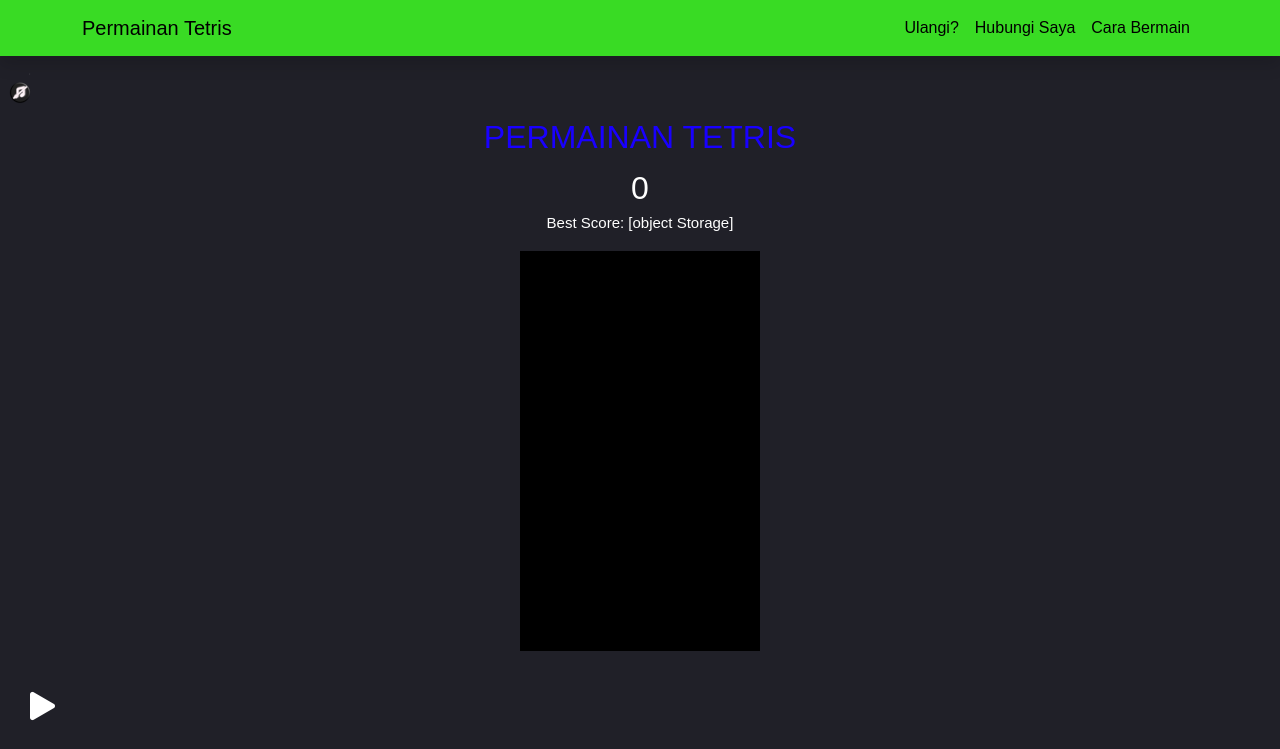
Repository: GwendiWisnuAnggoro/GwendiWisnuAnggoro.github.io
Page: Bahasa Indonesia/game/Tetris/tetris.html
The author's editor kept a copy of each file at every save. The page is drawn from the files as they stood at one save, then again after a run of saves.
The browser window is 1280 px wide. The pictures show the whole page.

Above is the page before, as saved 2023-02-07 19:45:40.
Console error: TypeError: Cannot read properties of null (reading 'forEach')

### Bahasa Indonesia/game/Tetris/tetris.html
<!DOCTYPE html>
<html lang="en">
<head>
    <meta charset="UTF-8">
    <link href="https://cdn.jsdelivr.net/npm/bootstrap@5.3.0-alpha1/dist/css/bootstrap.min.css" rel="stylesheet" integrity="sha384-GLhlTQ8iRABdZLl6O3oVMWSktQOp6b7In1Zl3/Jr59b6EGGoI1aFkw7cmDA6j6gD" crossorigin="anonymous">
    <link rel="stylesheet" href="https://cdn.jsdelivr.net/npm/bootstrap-icons@1.10.3/font/bootstrap-icons.css">
    <meta http-equiv="X-UA-Compatible" content="IE=edge">
    <meta name="viewport" content="width=device-width, initial-scale=1.0">
    <title>Permainan Tetris</title>
</head>
<body>
    <!-- akhir navbar -->
  <nav class="navbar navbar-expand-lg navbar-light shadow fixed-top" style="background-color: rgb(57, 219, 36);">
    <div class="container-sm">
      <span class="navbar-brand" href="#">Permainan Tetris</span>
      <button class="navbar-toggler" type="button" data-bs-toggle="collapse" data-bs-target="#navbarNav" aria-controls="navbarNav" aria-expanded="false" aria-label="Toggle navigation">
        <span class="navbar-toggler-icon"></span>
      </button>
      <div class="collapse navbar-collapse" id="navbarNav">
        <ul class="navbar-nav ms-auto">
          <li class="nav-item">
            <a class="nav-link active" aria-current="page" href="../Tetris/tetris.html">Ulangi?</a>
          </li>
          <li class="nav-item">
            <a class="nav-link active" href="../../../contact me/ContactMe.html">Hubungi Saya</a>
          </li>
          <li class="nav-item">
            <a class="nav-link active" href="../Tutorials/Tetris/TutorTetris.html">Cara Bermain</a>
            </li>
        </ul>
      </div>
    </div>
  </nav>
<!-- akhir navbar -->
<br>
<br>
<br>
     <!-- awal toogle music -->
     <button id="play"></button>
     <!-- akhir toogle music -->


    <center>
    <link rel="stylesheet" type="text/css" href="tetris.css">
    <div class="pembungkus">
    <h2>PERMAINAN TETRIS</h2>
    <section class="Kalah">
      <h3>Game Over!</h3>
     </section>
    <div id="score">0</div>
    <div class="bestscore">
      <p>Best Score: <span id="Best_Score">0</span></p>
    </div>
    <canvas id="tetris" width="240" height="400"></canvas>
</div>
</center>


<div class="bungkus">
  <button type="button" onclick="" class="btn Mulai_HP" id="Mulai">
    <span>
      <i class="bi bi-play-fill"></i>
    </span>
  </button>
  <button type="button" onclick="" class="btn btn12" id="tmblAtas" >
  <img class="simbol" src="Munggah.png" />
  </button>
  <button type="button" onclick="" class="btn btn13" id="tmblBawah">
  <img class="simbol" src="Midun.png"/>
  </button>
  <button type="button" onclick="" class="btn2 btn14" id="tmblKiri">
  <img class="simbol" src="Ngiwa.png"/>
  </button>
  <button type="button" onclick="" class="btn4 btn15" id="tmblKanan">
  <img class="simbol" src="Nengen.png"/>
  </button>
</div>

<div class="PC">
  <button type="button" onclick="" class="btn Mulai_PC" id="MulaiPC">
    <span>
      <i class="bi bi-play-fill tombolMulaiPC"></i>
    </span>
  </button>
</div>
 <!-- <button type="button" id="Mulai">Mulai</button> -->
    <script src="tetris.js"></script>
    <script src="https://cdn.jsdelivr.net/npm/bootstrap@5.3.0-alpha1/dist/js/bootstrap.bundle.min.js" integrity="sha384-w76AqPfDkMBDXo30jS1Sgez6pr3x5MlQ1ZAGC+nuZB+EYdgRZgiwxhTBTkF7CXvN" crossorigin="anonymous"></script>
</body>
</html>

### Bahasa Indonesia/game/Tetris/tetris.css
h2 {
    font-family: arial;
    text-align: center;
    color: rgb(25, 0, 255);
}
.simbol{
	width: 100%;
	height: 100%;
}
.btn12{
	margin-top: -100px;
	margin-left: 250px;
}
.btn13{
	margin-top: 95px;
	margin-left: 50px;
}
.btn14{
	margin-left: -150px;

}

.btn{

	width: 85px;
	height: 85px;

}
.bungkus{
	position: fixed;
	margin-top: -250px;
	margin-left: 10%;
	opacity: 0.5;
}

.btn2,.btn4{
	background: rgba(0, 0, 0, 0);
	width: 85px;
	height: 85px;



}
body {
    background: #202028;
    color: white;
    font-family: sans-serif;
}


button {
	border: none;
	width: 40px;
	height: 40px;
	cursor: pointer;
	background-color: #202028;
	outline: none;
}




#play{
	background-image: url("../../img/StopSong.png");
}


.pembungkus{
    font-size: 2em;
    align-items: center;
}
.Kalah h3{
	text-align: center;
	color: red;
}
.Kalah{
	display: none;
}

#Mulai_HP{
	color: white;
}
#Mulai_PC{
	color: white;
}
.bi-play-fill{
	color: white;
	font-size: 50px;
	opacity: 1;
}

.tombolMulaiPC{
		color: white;
	font-size: 50px;
	opacity: 1;
	margin-top: -50%;
}
.PC{
	display: none;
}
.bestscore p{
	font-size: 15px;
}
/* tablet */
@media screen and (min-width: 768px){

	.PC{
		display: none;
	}

}

/* destop */
@media screen and (min-width: 800px){
	.bungkus{
		display: none;
	}
	.PC{
		display: block;
	}

}

### Bahasa Indonesia/game/Tetris/tetris.js
const canvas = document.getElementById('tetris');
const context = canvas.getContext('2d');
var tombolAtas = document.getElementById("tmblAtas");
var tombolBawah = document.getElementById("tmblBawah");
var tombolKiri = document.getElementById("tmblKiri");
var tombolKanan = document.getElementById("tmblKanan");

let Muter = new Audio();
Muter.src="Backsound Muter.mp3";

let KiriKananBawah = new Audio();
KiriKananBawah.src="Kiri Kanan Backsound.mp3"

let LarikHilang = new Audio();
LarikHilang.src="1 Larik Hilang.mp3"

let Kalah = new Audio();
Kalah.src = "Kalah.mp3"

let Best_Score = document.getElementById("Best_Score");

context.scale(20, 20);

function arenaSweep() {
    let rowCount = 1;
    outer: for (let y = arena.length - 1; y > 0; -- y) {
        for (let x = 0; x < arena[y].length; ++x) {
            if (arena [y][x] === 0) {
                continue outer;
            }
        }

        const row = arena.splice(y, 1)[0].fill(0);
        arena.unshift(row);
        ++y;

        player.score += rowCount * 10;
        rowCount *= 2;
        LarikHilang.play();
    }
}


function collide(arena, player) {
    const [m, o] = [player.matrix, player.pos];
    for (let y = 0; y < m.length; ++y) {
        for (let x = 0; x < m[y].length; ++x) {
            if (m[y][x] !== 0 &&
                (arena[y + o.y] &&
                arena[y + o.y][x + o.x]) !== 0) {
                return true;
            }
        }
    }
    return false;
}

function creatMatrix(w, h) {
    const matrix = [];
    while (h--) {
        matrix.push(new Array(w).fill(0));
    }
    return matrix;
}

function createPiece(type) {
    if (type === 'T') {
        return [
            [0, 0, 0],
            [1, 1, 1],
            [0, 1, 0],
        ];
    } else if (type === 'O') {
        return [
            [2, 2],
            [2, 2],
        ];
    } else if (type === 'L') {
        return [
            [0, 3, 0],
            [0, 3, 0],
            [0, 3, 3],
        ];
    } else if (type === 'J') {
        return [
            [0, 4, 0],
            [0, 4, 0],
            [4, 4, 0],
        ];
    } else if (type === 'I') {
        return [
            [0, 5, 0, 0],
            [0, 5, 0, 0],
            [0, 5, 0, 0],
            [0, 5, 0, 0],
        ];
    } else if (type === 'S') {
        return [
            [0, 6, 6],
            [6, 6, 0],
            [0, 0, 0],
        ];
    } else if (type === 'Z') {
        return [
            [7, 7, 0],
            [0, 7, 7],
            [0, 0, 0],
        ];

    }

}

function draw() {
    context.fillStyle = '#000';
    context.fillRect(0, 0, canvas.width, canvas.height);

    drawMatrix(arena, {x: 0,y: 0});
    drawMatrix(player.matrix, player.pos);
}

function drawMatrix(matrix, offset) {
    matrix.forEach((row, y) => {
        row.forEach((value, x) => {
            if (value !== 0) {
                context.fillStyle = colors[value];
                context.fillRect(x + offset.x,
                                 y + offset.y,
                                 1, 1);
            }
        });
    });
}

function merge(arena, player) {
    player.matrix.forEach((row, y) => {
        row.forEach((value, x) => {
            if(value !== 0) {
                arena[y + player.pos.y][x + player.pos.x] = value;
            }
        });
    });
}

function playerDrop() {
    player.pos.y++;
    if (collide(arena, player)) {
        player.pos.y--;
        merge(arena, player);
        playerReset();
        arenaSweep();
        updateScore();

    }
    dropCounter = 0;
}

function GameOver(){
    console.log("Kalah")
    Kalah.play()
    document.querySelector(".Kalah").style.display = "block"
    return playerDrop = function(){}

}

function playerMove(dir) {
    player.pos.x += dir;
    if (collide(arena, player)) {
        player.pos.x -= dir;
    }
}

function playerReset() {

    const pieces = 'TOLJISZ';
    player.matrix = createPiece(pieces[pieces.length * Math.random() | 0]);
    player.pos.y = 0;
    player.pos.x = (arena[0].length / 2 | 0) -
                   (player.matrix[0].length / 2 | 0);
    if (collide(arena, player)) {
        // arena.forEach(row => row.fill(0));
        // player.score = 0;
        // updateScore();
        GameOver();

    }
}


function playerRotate(dir) {
    const pos = player.pos.x;
    let offset = 1;
    rotate(player.matrix, dir);
    while (collide(arena, player)) {
        player.pos.x += offset;
        offset =- (offset + (offset > 0 ? 1 : -1));
        if (offset > player.matrix[0].length) {
            rotate(player.matrix, dir);
            player.pos.x = pos;
            return;
        }
    }
}

function rotate(matrix, dir) {
    for (let y = 0; y < matrix.length; ++y) {
        for (let x = 0; x < y; ++x) {
            [
                matrix[x][y],
                matrix[y][x],
            ] = [
                matrix[y][x],
                matrix[x][y],
            ];
        }
    }

    if (dir > 0) {
        matrix.forEach(row => row.reverse());
    } else {
        matrix.reverse();
    }
}

let dropCounter = 0;
let dropInterval = 1000;

let lastTime = 0;
function update(time = 0) {
    const deltaTime = time - lastTime;
    lastTime = time;

    dropCounter += deltaTime;
    if (dropCounter > dropInterval) {
        playerDrop();
    }

    draw();
    requestAnimationFrame(update);
}

function updateScore() {
    document.getElementById('score').innerText = player.score;
    SistemBestScore(player.score)
}

const colors = [
    null,
    'red',
    'blue',
    'violet',
    'lime',
    '#ffff00',
    'orange',
    'pink',
];

const arena = creatMatrix(12, 20);

const player = {
    pos: {x: 0, y: 0},
    matrix: null,
    score: 0,
}
tombolKanan.addEventListener("click", fKanan);
tombolKiri.addEventListener("click", fKiri);
tombolAtas.addEventListener("click", fAtas);
tombolBawah.addEventListener("click", fBawah);

function fKanan(){
    if(event) {
        playerMove(1);
        KiriKananBawah.play();


    }
}
function fKiri(){
    if(event) {
        playerMove(-1);
        KiriKananBawah.play();
    }
}
function fAtas(){

    if(event) {
        playerRotate(-1);
        Muter.play();
    }

}
function fBawah(){
    if(event) {
        playerDrop(); KiriKananBawah.play();


    }
}
// document.addEventListener('keydown', event => {

//     if (event.keyCode === 37 || event.keyCode === 65) {
//         playerMove(-1); KiriKananBawah.play();
//     } else if (event.keyCode === 39 || event.keyCode == 68) {
//         playerMove(1); KiriKananBawah.play();
//     } else if (event.keyCode === 40 || event.keyCode == 83) {
//         playerDrop(); KiriKananBawah.play();
//     } else if (event.keyCode === 81) {
//         playerRotate(-1); Muter.play();
//     } else if (event.keyCode === 32) {
//         playerRotate(1); Muter.play();
//     }
// });

let timer;
document.addEventListener('keydown', event => {
if (event.keyCode === 37 || event.keyCode === 65) {
playerMove(-1); KiriKananBawah.play();
} else if (event.keyCode === 39 || event.keyCode == 68) {
playerMove(1); KiriKananBawah.play();
} else if (event.keyCode === 40 || event.keyCode == 83) {
playerDrop(); KiriKananBawah.play();
} else if (event.keyCode === 81 || event.keyCode === 32) {
if (timer) {
return;
}
timer = setTimeout(() => {
timer = null;
}, 1000);
event.keyCode === 81 ? playerRotate(-1) : playerRotate(1);
Muter.play();
}
});

document.addEventListener('keyup', () => {
clearTimeout(timer);
timer = null;
});
// else if (event.keyCode === 39 || event.keyCode == 68) {
//     playerMove(1); KiriKananBawah.play();
// } else if (event.keyCode === 40 || event.keyCode == 83) {
//     playerDrop(); KiriKananBawah.play();
// } else if (event.keyCode === 81) {
//     playerRotate(-1); Muter.play();
// } else if (event.keyCode === 32) {
//     playerRotate(1); Muter.play();
// }

function SistemBestScore(score){
    let BestScore = 0;
    if(!localStorage.getItem("Best2")){
       localStorage.setItem("Best2", "0");

    } else{
        localStorage.getItem("Best2");

    }
    if(BestScore !== null){
        if(score > localStorage.getItem("Best2")){
            localStorage.setItem("Best2", score)
        }
    }else{
        localStorage.setItem("Best2", score)
    }
}
Best_Score.innerText = localStorage

document.getElementById("Mulai").addEventListener("click", ()=>{
    playerReset();
    updateScore();
    update();
    document.getElementById("Mulai").style.display = "none";
})
document.getElementById("MulaiPC").addEventListener("click", ()=>{
    playerReset();
    updateScore();
    update();
    document.getElementById("MulaiPC").style.display = "none";
})
draw();



// musik program
var musik = new Audio();
musik.src="Tetris Backsound.mp3"
musik.loop=true;
musik.pause();

function mulaiAudio(){
    var play=document.getElementById('play');

        play.addEventListener('click',fplay);

        function fplay(){
            if(musik.paused){
                musik.play();
                play.style.background="url(../../img/PlaySong.png)";
            }else{
                musik.pause();
                play.style.background="url(../../img/StopSong.png)";
            }
        }
    }




    window.addEventListener('load', mulaiAudio)

After the next 2 saves:
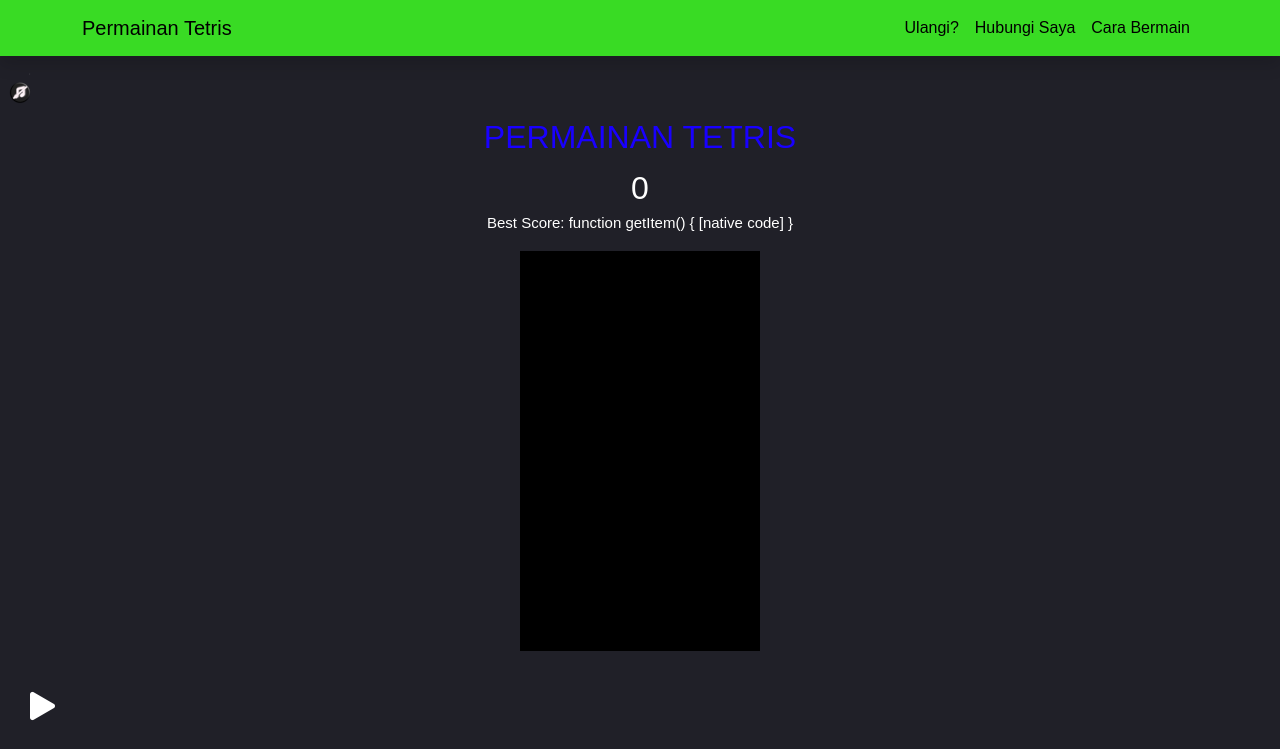
The 2 saves are shown as one change because they came seconds apart.
The last was saved 6 s later.
--- a/Bahasa Indonesia/game/Tetris/tetris.js
+++ b/Bahasa Indonesia/game/Tetris/tetris.js
@@ -362,7 +362,7 @@ function SistemBestScore(score){
         localStorage.setItem("Best2", score)
     }
 }
-Best_Score.innerText = localStorage
+Best_Score.innerText = localStorage.getItem
 
 document.getElementById("Mulai").addEventListener("click", ()=>{
     playerReset();
